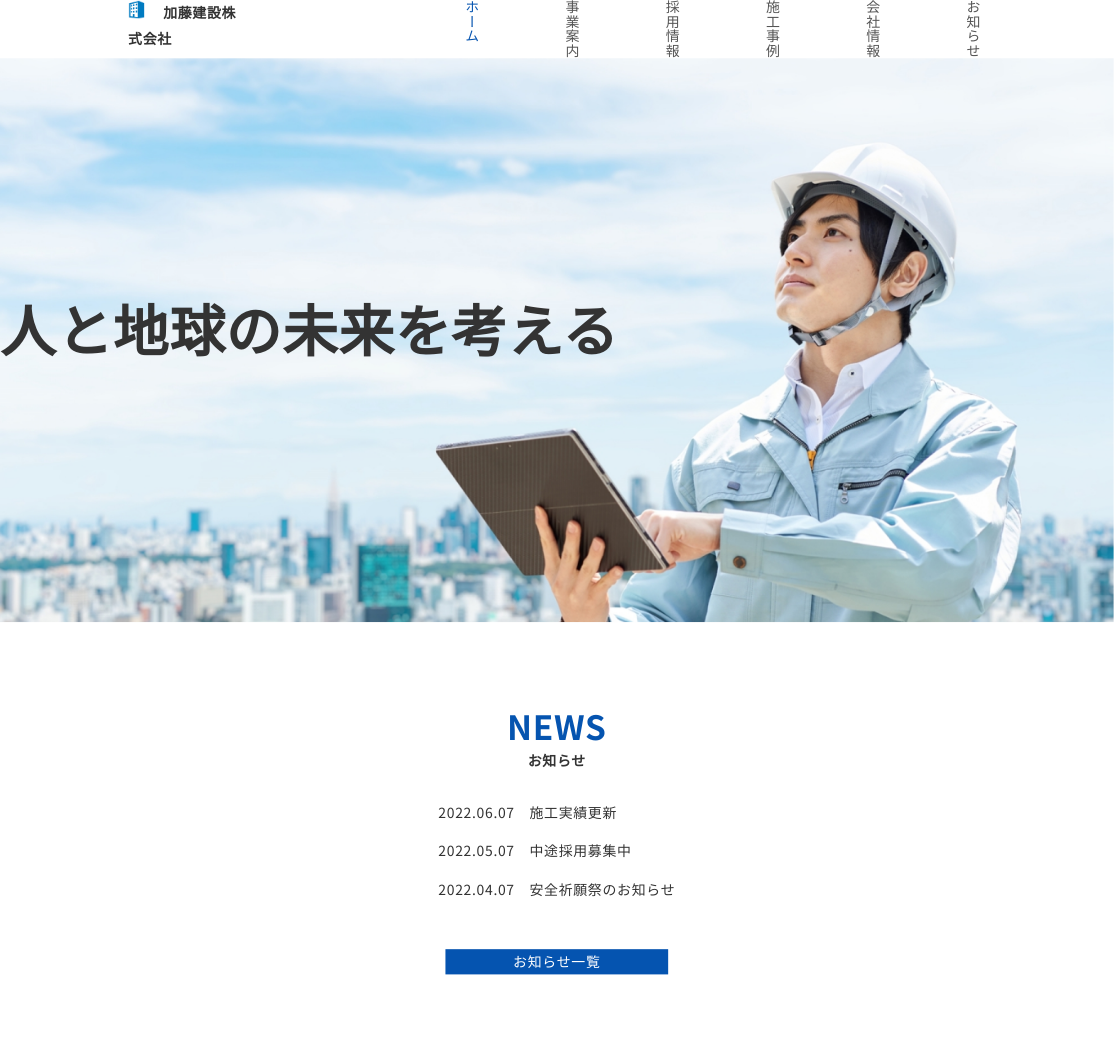
Repository: nozomi-23/hp1_test
Page: index.html
The author's editor kept a copy of each file at every save. The page is drawn from the files as they stood at one save, then again after the next save.
The browser window is 1280 px wide. The pictures show the whole page, at 87% of full size.

Above is the page before, as saved 2022-06-12 11:16:13.

### index.html
<!DOCTYPE html>
<html lang="ja">
<head>
<meta charset="UTF-8">
<title>加藤建設 株式会社</title>
<meta name="description" content="人と地球の未来を考える 加藤建設 株式会社">
<meta name="keywords" content="建築,土木,インフラ">
<meta name="viewport" content="width=device-width, initial-scale=1.0">
<meta property="og:title" content="建築依頼なら「加藤建設 株式会社」">
<meta property="og:type" content="article">
<meta property="og:url" content="https://withcode-plus.tech">
<meta property="og:image" content="img/logo.png">
<meta property="og:description" content="確かな技術力が自慢、インフラから地域貢献まで加藤建設にお任せ下さい">
<meta property="og:site_name" content="加藤建設 株式会社">
<link rel="icon" href="img/favicon.ico">
<link rel="apple-touch-icon" sizes="180x180" href="img/logo.png">
<link rel="preconnect" href="https://fonts.googleapis.com">
<link rel="preconnect" href="https://fonts.gstatic.com" crossorigin>
<link href="https://fonts.googleapis.com/css2?family=Noto+Sans+JP:wght@400;500;700&family=Noto+Serif+JP&display=swap"
  rel="stylesheet">
<link rel="stylesheet" type="text/css" href="css/reset.css">
<link rel="stylesheet" type="text/css" href="css/common1.css">
<link rel="stylesheet" type="text/css" href="css/index.css">
</head>
<body>
  <!-- =========header -->
  <header>
    <div class="header_wrapper">
      <div class="header_inner">
        <h1 class="header_left">加藤建設株式会社</h1>
        <nav class="header_right" >
          <ul class="header_list">
            <li><a href="#" class="color">ホーム</a></li>
            <li><a href="html/business.html">事業案内</a></li>
            <li><a href="html/recruit.html">採用情報</a></li>
            <li><a href="html/work.html">施工事例</a></li>
            <li><a href="html/company.html">会社情報</a></li>
            <li><a href="html/news.html">お知らせ</a></li>
          </ul>
        </nav>
      </div>
    </div>
  </header>
  <!-- =========main_view -->
  <main>
    <section class="main_wrapper">
      <div class="main_txt">
        <h3>人と地球の未来を考える</h3>
      </div>
    </section>
    <!-- =========news -->
    <section class="news section">
      <div class="news_wrapper">
        <h2 class="title">NEWS<br>
          <small>お知らせ</small></h2>
        <ul class="news_list">
          <li>2022.06.07&emsp;施工実績更新</li>
          <li>2022.05.07&emsp;中途採用募集中</li>
          <li>2022.04.07&emsp;安全祈願祭のお知らせ</li>
        </ul>
        <div class="btn">
          <a href="html/news.html">お知らせ一覧</a>
        </div>
      </div>
    </section>
  </main>
</body>
</html>

### css/reset.css
@charset "UTF-8";

html,
body,
div,
span,
object,
iframe,
h1,
h2,
h3,
h4,
h5,
h6,
p,
blockquote,
pre,
abbr,
address,
cite,
code,
del,
dfn,
em,
img,
ins,
kbd,
q,
samp,
small,
strong,
sub,
sup,
var,
b,
i,
dl,
dt,
dd,
ol,
ul,
li,
fieldset,
form,
label,
legend,
table,
caption,
tbody,
tfoot,
thead,
tr,
th,
td,
article,
aside,
canvas,
details,
figcaption,
figure,
footer,
header,
hgroup,
menu,
nav,
section,
summary,
time,
mark,
audio,
video {
  margin: 0;
  padding: 0;
  border: 0;
  outline: 0;
  font-size: 100%;
  vertical-align: baseline;
  background: transparent;
}

body {
  line-height: 1;
}

article,
aside,
details,
figcaption,
figure,
footer,
header,
hgroup,
menu,
nav,
section {
  display: block;
}

nav ul {
  list-style: none;
}

blockquote,
q {
  quotes: none;
}

blockquote:before,
blockquote:after,
q:before,
q:after {
  content: '';
  content: none;
}

a {
  margin: 0;
  padding: 0;
  font-size: 100%;
  vertical-align: baseline;
  background: transparent;
}

/* change colours to suit your needs */
ins {
  background-color: #ff9;
  color: #000;
  text-decoration: none;
}

/* change colours to suit your needs */
mark {
  background-color: #ff9;
  color: #000;
  font-style: italic;
  font-weight: bold;
}

del {
  text-decoration: line-through;
}

abbr[title],
dfn[title] {
  border-bottom: 1px dotted;
  cursor: help;
}

table {
  border-collapse: collapse;
  border-spacing: 0;
}

/* change border colour to suit your needs */
hr {
  display: block;
  height: 1px;
  border: 0;
  border-top: 1px solid #cccccc;
  margin: 1em 0;
  padding: 0;
}

input,
select {
  vertical-align: middle;
}

### css/common1.css
@charset "UTF-8";

body {
  color: #333;
  letter-spacing: 0.05em;
  line-height: 1.8;
  font-family: 'Noto Sans JP', sans-serif ,'Noto Serif JP',
  serif;
}
li {
  list-style: none;
}

a {
  text-decoration: none;
}
.section {
  margin: 8% 0;
}


/* タイトル */
.title {
  color: #0554B0;
  font-weight: bold;
  font-size: 2.4rem;
  line-height: 0.8;
}
.news_wrapper small {
  font-size: 1rem;
  color: #333;
}
/* ボタン */
.btn {
  background-color: #0554B0;
  width: 20%;
  margin: 0 auto;
}
.btn a {
  color: #fff;
  padding: 5%;
}

### css/index.css
@charset "UTF-8";

/* =================
header
===================*/
.header_wrapper {
  display: flex;
  justify-content: center;
}
.header_inner {
  width: 77%;
  display: flex;
  justify-content: space-between;

}
.header_list {
  display: table;
}
.header_list li {
  display: table-cell;
  writing-mode: vertical-rl;
}
.header_list li a {
  color: #555;
}
.header_list li a:hover {
  opacity: 0.5;
}
.header_list li a.color {
  color: #0554B0;
}

.header_left::before {
  content: "";
  background: url(../img/name_icon.png) no-repeat ;
  background-size: contain;
  width: 30%;
  height: 30%;
  z-index: 1;
  display: inline-block;
}

/* =================
main_view
===================*/
.main_wrapper {
  background: url(../img/top_img.png)no-repeat center;
  background-size: cover;
  width: 100%;
  height: 90vh;
}
.main_txt {
  font-size: 4rem;
  font-weight: normal;
  font-family: 'Noto Serif JP';
  position: relative;
  top: 40%;
}
/* =================
news
===================*/
.news {
  text-align: center;
  display: block;
}

.news_list {
  padding: 3%;
  text-align: left;
  display: inline-block;

}
.news_list li {
  margin-bottom: 1rem;
}

After the next save:
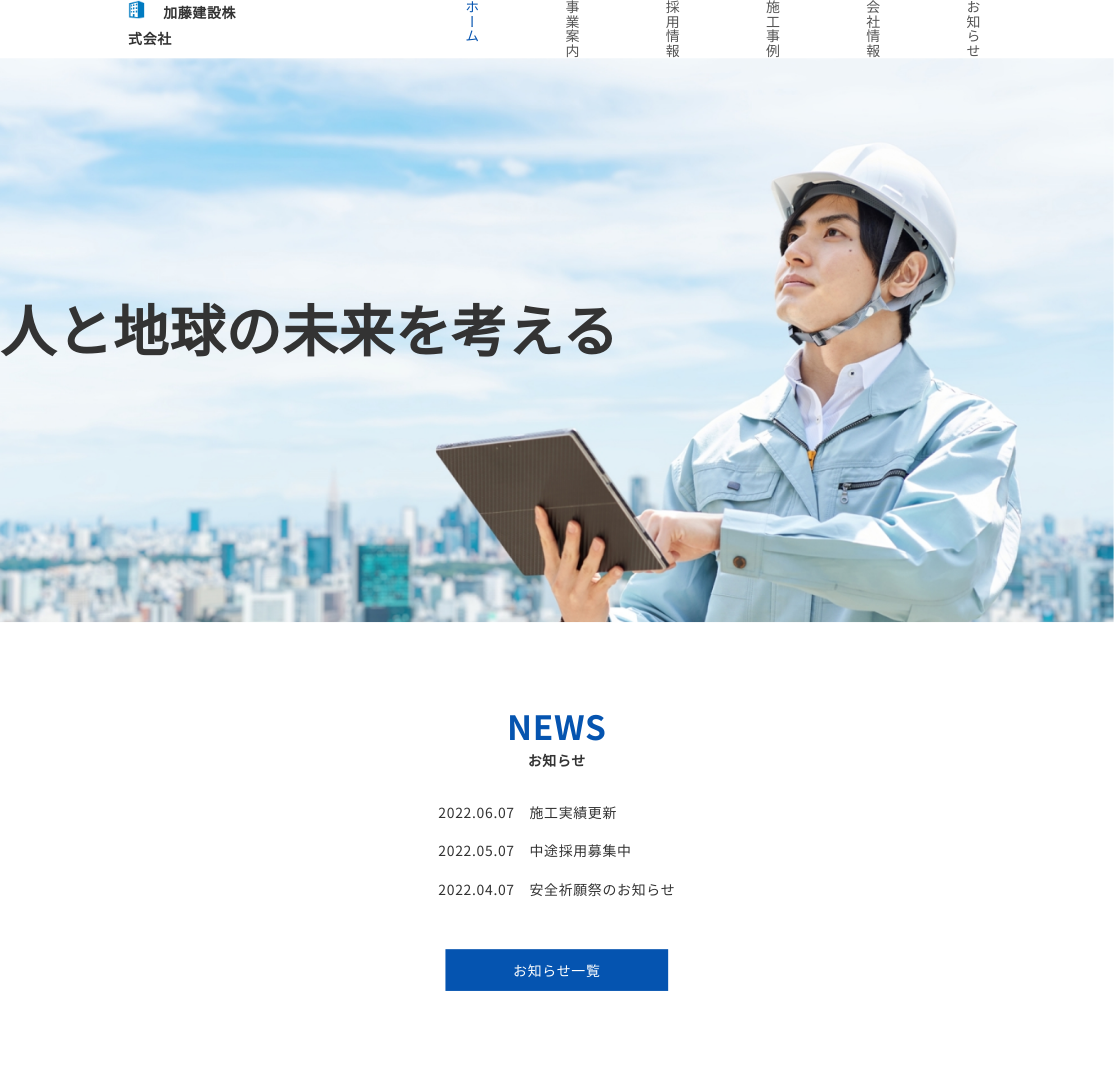
Saved 8 s later.
--- a/css/common1.css
+++ b/css/common1.css
@@ -35,6 +35,7 @@ a {
   background-color: #0554B0;
   width: 20%;
   margin: 0 auto;
+  line-height: 3;
 }
 .btn a {
   color: #fff;
